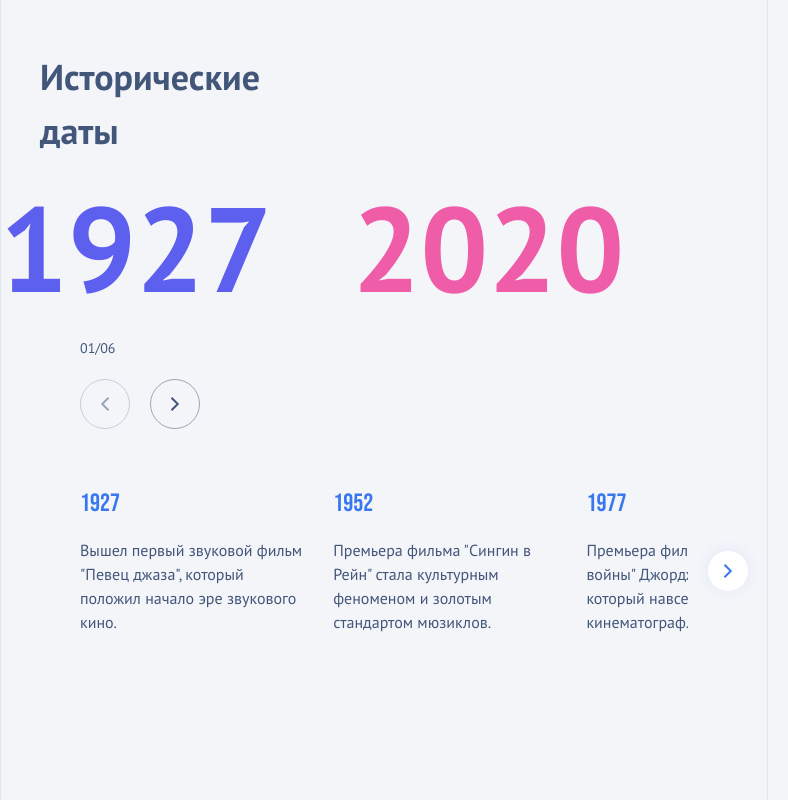
Repository: LenarTulupov/only
Page: /
An editor plug-in stored every save of this project. The page is shown before and after a run of saves, followed by the edit.
The browser window is 768 px wide. The page is 768 px wide, then 788 px, so the pictures cover 788 px, including what lies to the right of the window. The pictures show the whole page.
The project was rebuilt for these pictures with package versions that can differ from the ones it lists, and the page was loaded fresh each time.

Above is the page before, as saved 2024-12-19 02:06:53.

### public/index.html
<!DOCTYPE html>
<html lang="en">
  <head>
    <meta charset="utf-8" />
    <link rel="icon" href="%PUBLIC_URL%/favicon.ico" />
    <meta name="viewport" content="width=device-width, initial-scale=1" />
    <meta name="theme-color" content="#000000" />
    <meta
      name="description"
      content="Web site created using create-react-app"
    />
    <link rel="apple-touch-icon" href="%PUBLIC_URL%/logo192.png" />
    <link rel="manifest" href="%PUBLIC_URL%/manifest.json" />
    <title>Only Test</title>
  </head>
  <body>
    <noscript>You need to enable JavaScript to run this app.</noscript>
    <div id="root"></div>
  </body>
</html>

### src/index.tsx
import React from 'react';
import ReactDOM from 'react-dom/client';
import Router from './router/router';
import './globals.scss'

const root = ReactDOM.createRoot(
  document.getElementById('root') as HTMLElement
);
root.render(
  <React.StrictMode>
    <Router />
  </React.StrictMode>
);

### src/router/router.tsx
import { BrowserRouter, Route, Routes } from "react-router-dom";
import HomePage from "../pages/home/page";
import PagesLayout from "../layouts/pages-layout";

export default function Router() {
  return (
    <BrowserRouter>
      <Routes>
        <Route element={<PagesLayout />}>
          <Route path="/" element={<HomePage />} />
        </Route>
      </Routes>
    </BrowserRouter>
  )
};

### src/globals.scss
@import url('https://fonts.googleapis.com/css2?family=Bebas+Neue&family=PT+Sans:wght@400;700&display=swap');

:root {
  --background-color: #F4F5F9;
  --main-color: #42567a;
  --main-color-rgba: rgba(66, 86, 122, 0.5);
  --accent-color: #5D5FEF;
  --light-accent-color: #3877EE;
  --accent-second: #EF5DA8;
  --font-main: "PT Sans", serif;
  --font-second: "Bebas Neue", serif;
  --line-height: 150%;
  --font-size-main: 56px;
  --font-size-small: 14px;
  --font-size-big: 200px;
}
body {
  margin: 0;
  padding: 0;
  background-color: var(--background-color);
  color: var(--black-color);
  font-family: var(--font-main);
  line-height: var(--line-height);
}
ul {
  padding: 0;
  margin: 0;
}

li {
  list-style-type: none;
}

a {
  color: var(--black-color);
  text-decoration: none;
}

h1 {
  margin: 0;
}

### src/pages/home/page.tsx
import Container from "../../components/ui/container/container";
import Divider from "../../components/ui/divider/divider";
import HistorySection from "./history/history";
import styles from './page.module.scss';

export default function HomePage() {
  return (
    <div className={styles['home-page']}>
      <Container>
        <div className={styles['home-page__wrapper']}>
          <Divider
            position="vertical"
            className={styles.divider_vertical}
          />
          <HistorySection />
        </div>
      </Container>
    </div>
  )
};

### src/layouts/pages-layout.tsx
import { Outlet } from 'react-router-dom';
import styles from './pages-layout.module.scss';

export default function PagesLayout() {
  return (
    <div className={styles['pages-layout']}>
      <Outlet />
    </div>
  )
};

### src/components/ui/container/container.tsx
import { ReactNode } from "react"
import styles from './container.module.scss';

interface IContainer {
  children: ReactNode;
}

export default function Container({ children }: IContainer) {
  return (
    <div className={styles.container}>
      {children}
    </div>
  )
};

### src/components/ui/divider/divider.tsx
import styles from './divider.module.scss';

interface IDivider {
  position?: 'horizontal' | 'vertical';
  className?: string;
}

export default function Divider({
  position = 'horizontal', className }: IDivider) {
  return <div className={`
    ${styles.divider}
    ${styles[`divider_${position}`]}
    ${className || ''}
  `}/>
};

### src/pages/home/history/history.tsx
import { useState } from "react";
import Title from "../../../components/ui/title/title";
import { circleItems } from "../../../constants/circle-items";
import Circle from "./circle/circle";
import styles from './history.module.scss';
import StepNavigation from "./step-navigation/step-navigation";
import ContentContainer from "../../../components/ui/content-container/content-container";
import Divider from "../../../components/ui/divider/divider";
import Dates from "./dates/dates";
import HistorySlider from "./history-slider/history-slider";

export default function HistorySection() {
  const [activeButton, setActiveButton] = useState<number>(1);
  const activeCategory = circleItems.find((item) => item.id === activeButton);
  const firstDate = activeCategory?.events[0]?.year;
  const lastDate = activeCategory?.events.at(-1)?.year;
  return (
    <section className={styles.history}>
      <Title className={styles.history__title} showBefore>
        Исторические даты
      </Title>
      <div className={styles['history__circle-wrapper']}>
        <Circle
          className={styles.history__circle}
          activeButton={activeButton}
          setActiveButton={setActiveButton}
        />
        <Divider
          position="horizontal"
          className={styles['history__line-center']}
        />
        <Dates
          className={styles.history__dates}
          firstDate={firstDate}
          lastDate={lastDate}
        />
      </div>
      <ContentContainer>
        <StepNavigation
          activeButton={activeButton}
          setActiveButton={setActiveButton}
        />
        <HistorySlider
          activeCategory={activeCategory}
        />
      </ContentContainer>
    </section>
  )
};

### src/pages/home/page.module.scss
.home-page {
  &__wrapper {
    position: relative;
    min-height: 100vh;
    .divider_vertical {
      position: absolute;
      top: 0;
      left: 50%;
      transform: translateX(-50%);
      z-index: -10;
    }
  }

  &__wrapper::before {
    content: "";
    position: absolute;
    top: 0;
    bottom: 0;
    left: 0;
    width: 1px;
    background-color: var(--main-color);
    opacity: 0.1;
  }

  &__wrapper::after {
    content: "";
    position: absolute;
    top: 0;
    bottom: 0;
    right: 0;
    width: 1px;
    background-color: var(--main-color);
    opacity: 0.1;
  }
}
@media(max-width: 768px) {
  .divider_vertical {
    display: none;
  }
}

### src/components/ui/container/container.module.scss
.container {
  max-width: 1440px;
  margin: 0 auto;
}

### src/components/ui/divider/divider.module.scss
.divider {
  background-color: var(--main-color);
  opacity: 0.1;
  &_horizontal {
    width: 100%;
    height: 1px;
  }
  &_vertical {
    width: 1px;
    height: 100%;
  }
}

### src/components/ui/title/title.tsx
import { ReactNode } from 'react';
import styles from './title.module.scss';

interface ITitle {
  children: ReactNode;
  className?: string;
  color?: 'main' | 'blue' | 'light-blue' | 'pink';
  size?: 'main' | 'small'| 'big';
  showBefore?: boolean;
}

export default function Title({
  children,
  className,
  color = 'main',
  size = 'main',
  showBefore = false }: ITitle) {
  return (
    <h1
      className={`
        ${styles.title}
        ${className || ''}
        ${styles[`title__color-${color}`]}
        ${styles[`title__size-${size}`]}
        ${showBefore ? styles['title_before'] : ''}
      `}>
      {children}
    </h1>
  )
};

### src/pages/home/history/circle/circle.tsx
import { useEffect, useRef, Dispatch, SetStateAction } from 'react';
import { gsap } from 'gsap';
import { circleItems } from '../../../../constants/circle-items';
import styles from './circle.module.scss';

interface ICircle {
  className?: string;
  activeButton: number;
  setActiveButton: Dispatch<SetStateAction<number>>;
}

export default function Circle({
  className,
  activeButton,
  setActiveButton }: ICircle) {
  const circleRef = useRef<HTMLDivElement>(null);
  const buttonsRef = useRef<HTMLDivElement[]>([]);

  const handleActiveButton = (btnId: number) => {
    setActiveButton(btnId);
  };

  useEffect(() => {
    const rotationAngle = (1 - activeButton) * 60;
    gsap.to(circleRef.current, {
      rotate: rotationAngle,
      duration: 0.5,
      ease: 'power2.out',
    });

    buttonsRef.current.forEach((btn) => {
      let buttonRotation = 0;

      switch (activeButton) {
        case 2:
          buttonRotation = 60;
          break;
        case 3:
          buttonRotation = 120;
          break;
        case 4:
          buttonRotation = 180;
          break;
        case 5:
          buttonRotation = 240;
          break;
        case 6:
          buttonRotation = 300;
          break;
        default:
          buttonRotation = 0;
          break;
      }

      gsap.to(btn, {
        rotate: buttonRotation,
        duration: 0.5,
        ease: 'power2.out',
      });
    });
  }, [activeButton]);

  return (
    <div ref={circleRef} className={`${styles.circle} ${className || ''}`}>
      {circleItems.map((item, index) => {
        const btnId = index + 1;
        return (
          <div
            key={btnId}
            ref={(el) => (buttonsRef.current[index] = el!)}
            className={`
                ${styles[`circle__btn-${btnId}`]}
                ${styles.circle__btn}
                ${activeButton === btnId ? styles.active : ''}
              `}
            onClick={() => handleActiveButton(btnId)}
          >
            {btnId}
            <span
              className={`
                  ${styles['sub-title']}
                  ${activeButton === btnId ? styles.active : ''}
                `}
            >
              {item.category}
            </span>
          </div>
        );
      })}
    </div>
  );
}

### src/pages/home/history/history.module.scss
.history {
  padding: 50px 0;
  &__title {
    padding-left: 78px;
    width: 353px;
  }
  &__circle-wrapper {
    position: relative;
  }
  &__circle {
    margin: 0 auto;
  }
  &__line-center {
    position: absolute;
    top: 50%;
    left: 0;
    transform: translateY(-50%);
    z-index: -10;
  }
}
@media (max-width: 1100px) {
  .history__dates {
    font-size: 150px;
    gap: 190px !important;
  }
}
@media (max-width: 992px) {
  .history {
    &__title {
      font-size: 46px;
      padding-left: 40px;
    }
  }
}
@media (max-width: 900px) {
  .history__dates {
    font-size: 120px;
  }
}
@media (max-width: 768px) {
  .history {
    &__title {
      font-size: 36px;
      width: 230px;
    }
    &__circle {
      display: none;
    }
    // &__circle-wrapper {
    //   margin-top: 100px;
    // }
    &__dates {
      position: static !important;
      gap: 80px !important;
      transform: translate(0) !important;
      text-align: center;
    }
    &__line-center {
      display: none;
    }
  }
}

### src/pages/home/history/step-navigation/step-navigation.tsx
import { Dispatch, SetStateAction } from "react";
import NavigationButtons from "./navigation-buttons/navigation-buttons";
import SliderStep from "./slider-step/slider-step";
import styles from './step-navigation.module.scss';

interface IStepNavigation {
  className?: string;
  activeButton: number;
  setActiveButton: Dispatch<SetStateAction<number>>;
}

export default function StepNavigation({
  className,
  activeButton,
  setActiveButton }: IStepNavigation) {

    const handleNext = () => {
      setActiveButton((p) => (p < 6 ? p + 1 : 1));
    };

    const handlePrev = () => {
      setActiveButton((p) => (p > 1 ? p - 1 : 6));
    };

    return (
      <div className={`${styles['step-navigation']} ${className || ''}`}>
        <SliderStep activeButton={activeButton} />
        <NavigationButtons
          handleNext={handleNext}
          handlePrev={handlePrev}
          isBeginning={activeButton === 1}
          isEnd={activeButton === 6}
        />
      </div>
    );
};

### src/components/ui/content-container/content-container.tsx
import { ReactNode } from 'react';
import styles from './content-container.module.scss';

interface IContentContainer {
  children: ReactNode;
  className?: string;
}

export default function ContentContainer({
  children, className }: IContentContainer) {
  return (
    <div className={`${styles['content-container']} ${className || ''}`}>
      {children}
    </div>
  )
};

### src/pages/home/history/dates/dates.tsx
import { useEffect, useState } from 'react';
import Title from '../../../../components/ui/title/title';
import styles from './dates.module.scss';

interface IDates {
  className?: string;
  firstDate: string;
  lastDate: string;
}

export default function Dates({ className, firstDate, lastDate }: IDates) {
  const [currentFirstDate, setCurrentFirstDate] = useState(Number(firstDate));
  const [currentLastDate, setCurrentLastDate] = useState(Number(lastDate));

  useEffect(() => {
    const animateNumber = (
      from: number,
      to: number,
      setNumber: React.Dispatch<React.SetStateAction<number>>
    ) => {
      const stepTime = 20;
      const steps = 50;
      const delta = (to - from) / steps;

      let currentStep = 0;
      const interval = setInterval(() => {
        currentStep += 1;
        const nextValue = from + delta * currentStep;
        setNumber(Math.round(nextValue));

        if (currentStep >= steps) {
          clearInterval(interval);
          setNumber(to);
        }
      }, stepTime);
    };

    animateNumber(Number(currentFirstDate), Number(firstDate), setCurrentFirstDate);
    animateNumber(Number(currentLastDate), Number(lastDate), setCurrentLastDate);
  }, [firstDate, lastDate]);
  return (
    <div className={`${styles.dates} ${className || ''}`}>
      <Title className={className} color='blue' size='big'>{currentFirstDate}</Title>
      <Title className={className} color='pink' size='big'>{currentLastDate}</Title>
    </div>
  )
};

### src/pages/home/history/history-slider/history-slider.tsx
import { useEffect, useRef, useState } from "react";
import { Swiper, SwiperClass, SwiperSlide } from "swiper/react";
import { Navigation } from "swiper/modules";
import { IHistorySlider } from "../../../../types/history-slider.interface";
import SliderContent from "./slider-content/slider-content";
import ArrowButton from "../../../../components/ui/arrow-button/arrow-button";
import "swiper/css";
import "swiper/css/navigation";
import styles from "./history-slider.module.scss";

export default function HistorySlider({ className, activeCategory }: IHistorySlider) {
  const [prevCategory, setPrevCategory] = useState(activeCategory);
  const [isBeginning, setIsBeginning] = useState(true);
  const [isEnd, setIsEnd] = useState(false);
  const containerRef = useRef<HTMLDivElement | null>(null);
  const prevRef = useRef<HTMLDivElement | null>(null);
  const nextRef = useRef<HTMLDivElement | null>(null);
  const swiperRef = useRef<SwiperClass | null>(null);

  useEffect(() => {
    if (prevCategory?.id !== activeCategory?.id) {
      if (containerRef.current) {
        containerRef.current.classList.add(styles["fade-out"]);

        setTimeout(() => {
          if (containerRef.current) {
            containerRef.current.classList.remove(styles["fade-out"]);
            setPrevCategory(activeCategory);
            containerRef.current.classList.add(styles["fade-in"]);

            setTimeout(() => {
              if (containerRef.current) {
                containerRef.current.classList.remove(styles["fade-in"]);
              }
            }, 500);
          }
        }, 500);
      }
    }
  }, [activeCategory, prevCategory]);

  useEffect(() => {
    if (swiperRef.current) {
      const { navigation } = swiperRef.current.params;

      if (navigation && typeof navigation !== 'boolean') {
        navigation.prevEl = prevRef.current;
        navigation.nextEl = nextRef.current;

        swiperRef.current.navigation.destroy();
        swiperRef.current.navigation.init();
        swiperRef.current.navigation.update();
      }

      setIsBeginning(swiperRef.current.isBeginning);
      setIsEnd(swiperRef.current.isEnd);

      swiperRef.current.on("slideChange", () => {
        setIsBeginning(swiperRef.current.isBeginning);
        setIsEnd(swiperRef.current.isEnd);
      });

      return () => {
        swiperRef.current?.off("slideChange");
      };
    }
  }, [activeCategory]);

  useEffect(() => {
    if (swiperRef.current) {
      swiperRef.current.slideTo(0, 0);
    }
  }, [activeCategory]);

  return (
    <div
      ref={containerRef}
      className={`${className || ""} ${styles["history-slider"]}`}
    >
      <Swiper
        spaceBetween={40}
        slidesPerView={1.5}
        modules={[Navigation]}
        onSwiper={(swiper) => {
          swiperRef.current = swiper;
        }}
        breakpoints={{
          1200: {
            spaceBetween: 80,
            slidesPerView: 3.5
          },
          768: {
            slidesPerView: 2.5,
            spaceBetween: 25
          },
        }}
      >
        {activeCategory?.events.map((event) => (
          <SwiperSlide key={event.id}>
            <SliderContent year={event.year} text={event.title} />
          </SwiperSlide>
        ))}
      </Swiper>

      {!isBeginning && (
        <div ref={prevRef} className={styles.prev}>
          <ArrowButton
            onClick={() => swiperRef.current?.slidePrev()}
            slider
            disabled={isBeginning}
          />
        </div>
      )}
      {!isEnd && (
        <div ref={nextRef} className={styles.next}>
          <ArrowButton
            rotation="right"
            onClick={() => swiperRef.current?.slideNext()}
            slider
            disabled={isEnd}
          />
        </div>
      )}
    </div>
  );
}

### src/components/ui/title/title.module.scss
.title {
  line-height: 150%;
  position: relative;
  &::before {
    content: "";
    position: absolute;
    top: 50%;
    transform: translateY(-50%);
    left: 0;
    height: 120px;
    width: 6px;
    background: linear-gradient(to bottom, var(--accent-color) 0%, var(--accent-second) 100%);
    visibility: hidden;
  }
  &.title_before::before {
    visibility: visible;
    @media(max-width: 768px) {
      visibility: hidden;
    }
  }
  &__color-main {
    color: var(--main-color);
  }

  &__color-blue {
    color: var(--accent-color);
  }
  &__color-light-blue {
    color: var(--light-accent-color);
  }

  &__color-pink {
    color: var(--accent-second);
  }

  &__size-main {
    font-size: var(--font-size-main);
  }
  &__size-small {
    font-size: var(--font-size-small);
  }

  &__size-big {
    font-size: var(--font-size-big);
  }
}

### src/pages/home/history/circle/circle.module.scss
.circle {
  position: relative;
  width: 530px;
  height: 530px;
  border: 1px solid rgba(66, 86, 122, 0.1);
  border-radius: 100%;
  display: flex;
  justify-content: center;
  align-items: center;
  transform-origin: center;
}

.circle__btn {
  position: absolute;
  display: flex;
  align-items: center;
  justify-content: center;
  width: 6px;
  height: 6px;
  border: none;
  background-color: var(--main-color);
  border-radius: 100%;
  color: var(--main-color);
  line-height: 30px;
  font-size: 0;
  cursor: pointer;
  transition: width 0.3s ease-in-out, height 0.3s ease-in-out, font-size 0.3s ease-in-out;
}

.circle__btn::before {
  content: "";
  position: absolute;
  top: 50%;
  left: 50%;
  transform: translate(-50%, -50%);
  width: 25px;
  height: 25px;
  border-radius: 100%;
  background: transparent;
}

.sub-title {
  position: absolute;
  top: 50%;
  left: 0;
  transform: translateY(-50%);
  margin-left: 76px;
  font-weight: bold;
  opacity: 0;
  transition: opacity 0.3s ease-in-out;
}

.sub-title.active {
  opacity: 1;
}

.circle__btn:hover,
.circle__btn.active {
  width: 56px;
  height: 56px;
  font-size: 16px;
  background-color: #f4f5f9;
  outline: 1px solid rgba(48, 62, 88, 0.5);
}

.circle__btn-1 {
  transform: rotate(300deg) translateX(265px) rotate(-300deg);
}
.circle__btn-2 {
  transform: rotate(0deg) translateX(265px) rotate(0deg);
}
.circle__btn-3 {
  transform: rotate(60deg) translateX(265px) rotate(-60deg);
}
.circle__btn-4 {
  transform: rotate(120deg) translateX(265px) rotate(-120deg);
}
.circle__btn-5 {
  transform: rotate(180deg) translateX(265px) rotate(-180deg);
}
.circle__btn-6 {
  transform: rotate(240deg) translateX(265px) rotate(-240deg);
}

### src/pages/home/history/step-navigation/navigation-buttons/navigation-buttons.tsx
import ArrowButton from '../../../../../components/ui/arrow-button/arrow-button';
import styles from './navigation-buttons.module.scss';

interface INavigationButtons {
  handleNext: () => void;
  handlePrev: () => void;
  isBeginning: boolean;
  isEnd: boolean;
}

export default function NavigationButtons({
  handleNext,
  handlePrev,
  isBeginning,
  isEnd }: INavigationButtons) {
  return (
    <div className={styles['navigation-buttons']}>
      <ArrowButton
        onClick={handlePrev}
        disabled={isBeginning}
      />
      <ArrowButton
        rotation='right'
        onClick={handleNext}
        disabled={isEnd}
      />
    </div>
  );
};

### src/pages/home/history/step-navigation/slider-step/slider-step.tsx
import Title from "../../../../../components/ui/title/title";
import styles from './slider-step.module.scss';

interface ISliderStep {
  activeButton: number;
}

export default function SliderStep({ activeButton }: ISliderStep) {
  return <Title size="small" className={styles.font}>0{activeButton}/06</Title>
};

### src/pages/home/history/step-navigation/step-navigation.module.scss
.step-navigation {
  display: flex;
  flex-direction: column;
  row-gap: 20px;
}

### src/components/ui/content-container/content-container.module.scss
.content-container {
  max-width: 1440px;
  margin: 0 auto;
  padding: 0 80px;
}

### src/pages/home/history/dates/dates.module.scss
.dates {
  position: absolute;
  top: 50%;
  left: 50%;
  transform: translate(-50%, -50%);
  display: flex;
  gap: 80px;
  z-index: -1;
}

### src/pages/home/history/history-slider/slider-content/slider-content.tsx
import Text from "../../../../../components/ui/text/text";
import Title from "../../../../../components/ui/title/title";
import styles from './slider-content.module.scss';

interface ISliderContent {
  year: string;
  text: string;
}

export default function SliderContent({ year, text }: ISliderContent) {
  return (
    <div className={styles['slider-content']}>
      <Title
        size="small"
        color="light-blue"
        className={styles['slider-content__title']}
      >
        {year}
      </Title>
      <Text text={text} />
    </div>
  )
};

### src/components/ui/arrow-button/arrow-button.tsx
import styles from './arrow-button.module.scss';

interface IArrowButton {
  rotation?: 'left' | 'right'
  onClick?: () => void;
  slider?: boolean;
  disabled?: boolean;
  className?: string;
}

export default function ArrowButton({
  rotation,
  onClick,
  slider = false,
  disabled = false,
  className}: IArrowButton) {
  return (
    <button
      className={`
        ${styles['arrow-button']}
        ${styles[rotation]}
        ${slider ? styles['arrow-button_slider'] : ''}
        ${className || ''}
        ${disabled ? styles.disabled : ''}
      `}
      onClick={onClick}
      disabled={disabled}
    >
      <svg width="10" height="14" viewBox="0 0 10 14" fill="none" xmlns="http://www.w3.org/2000/svg">
        <path d="M8.49988 0.750001L2.24988 7L8.49988 13.25" stroke="#42567A" stroke-width="2" />
      </svg>
    </button>
  )
};

### src/pages/home/history/history-slider/history-slider.module.scss
.history-slider {
  position: relative;
  margin-top: 56px;
}
.next {
  position: absolute;
  top: 50%;
  transform: translateY(-50%);
  right: -60px;
  z-index: 10;
}
.prev {
  position: absolute;
  top: 50%;
  transform: translateY(-50%);
  left: -60px;
  z-index: 10;
}

.fade-out {
  opacity: 0;
  transition: opacity 0.5s ease;
}
.fade-in {
  opacity: 1;
  transition: opacity 0.5s ease;
}

### src/pages/home/history/step-navigation/navigation-buttons/navigation-buttons.module.scss
.navigation-buttons {
  display: flex;
  column-gap: 20px;
}
.disabled {
  opacity: .5;
  cursor: auto;
}

### src/pages/home/history/step-navigation/slider-step/slider-step.module.scss
.font {
  font-weight: 400;
}

### src/components/ui/text/text.tsx
import styles from './text.module.scss';

interface IText {
  text: string;
}

export default function Text({ text }: IText) {
  return (
    <div className={styles.text}>
        { text }
    </div>
  )
};

### src/pages/home/history/history-slider/slider-content/slider-content.module.scss
.slider-content {
  display: flex;
  flex-direction: column;
  row-gap: 15px;
  cursor: grabbing;
  &__title {
    font-family: var(--font-second);
    font-weight: 400;
    font-size: 25px;
  }
}

### src/components/ui/arrow-button/arrow-button.module.scss
.arrow-button {
  width: 50px;
  height: 50px;
  display: flex;
  align-items: center;
  justify-content: center;
  border: 1px solid var(--main-color-rgba);
  background-color: transparent;
  border-radius: 100%;
  cursor: pointer;
}
.arrow-button_slider {
  width: 40px;
  height: 40px;
  background-color: #fff;
  border: none;
  box-shadow: 0 0 15px 0 rgba(56, 119, 238, 0.1);
  svg path {
    stroke: var(--light-accent-color);
  }
}
.left {
  transform: rotate(0deg);
}
.right {
  transform: rotate(180deg);
}
.disabled {
  opacity: .5;
  cursor: auto;
}

### src/components/ui/text/text.module.scss
.text {
  color: var(--main-color);
}

Loaded but not shown: src/constants/circle-items.ts (122 lines, source omitted); src/layouts/pages-layout.module.scss (no stored copy; drawn as an empty file)

After the next 5 saves:
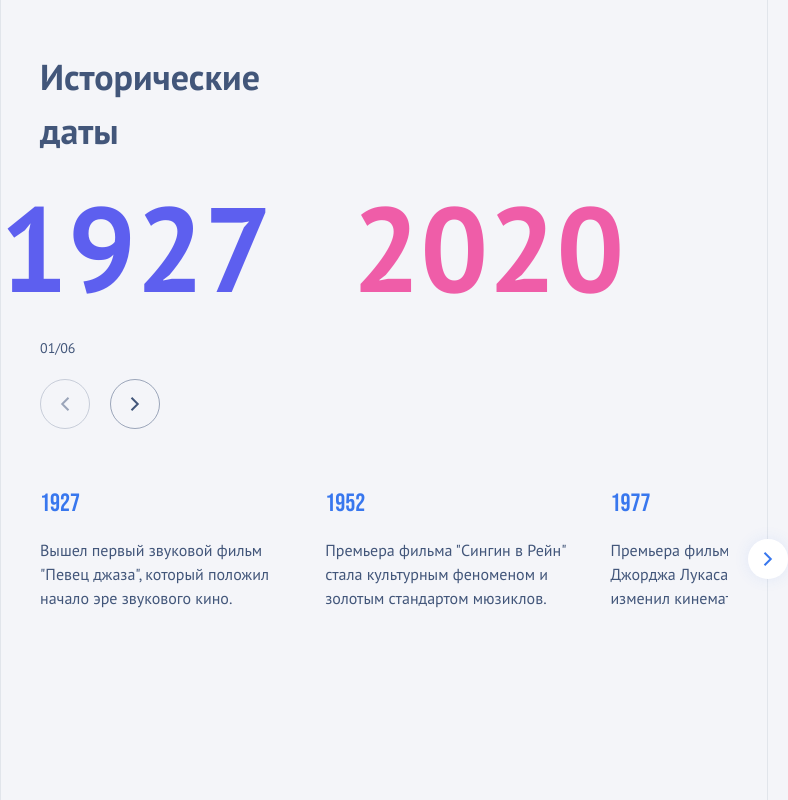
The 5 saves are shown as one change because 2 did not build or start and some came seconds apart.
The last was saved 73 s later.
--- a/src/components/ui/content-container/content-container.module.scss
+++ b/src/components/ui/content-container/content-container.module.scss
@@ -2,4 +2,7 @@
   max-width: 1440px;
   margin: 0 auto;
   padding: 0 80px;
+  @media(max-width: 768px) {
+    padding: 0 40px;
+  }
 }
